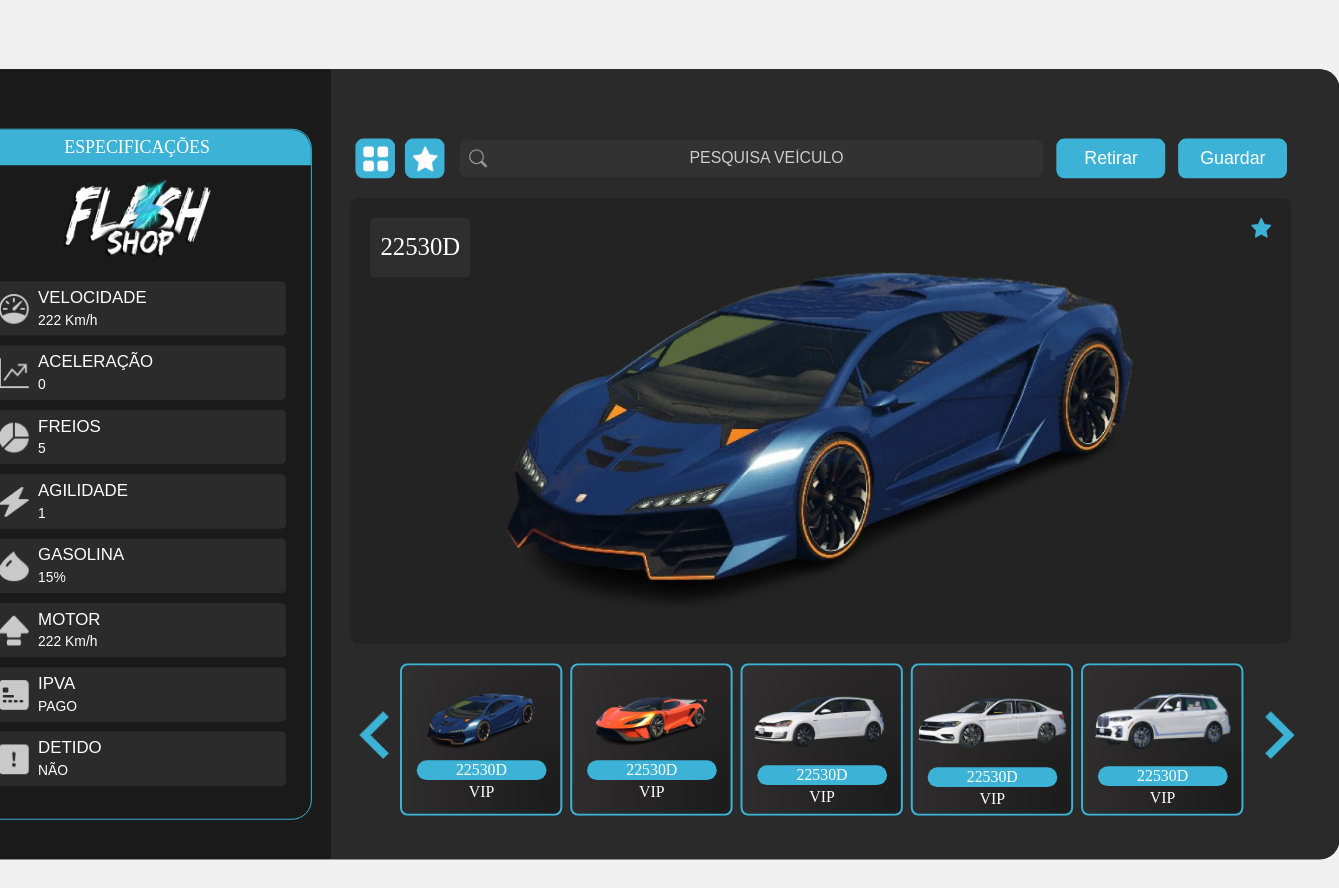
Repository: DuMCorrea/Garagem
Page: index.html
These files come from the project's save history. The page is drawn as it stood at one moment and after the next save; the edit follows.
The browser window is 1280 px wide. The page is 1353 px wide, so the pictures cover 1353 px, including what lies to the right of the window. The pictures show the whole page, at 99% of full size.
Some web fonts or font styles are not loaded; a fallback is used.

Above is the page before, as saved 2024-08-22 20:23:25.

### index.html
<!DOCTYPE html>
<html lang="pt-BR">
<head>
    <meta charset="UTF-8">
    <meta name="viewport" content="width=device-width, initial-scale=1.0">
    <link href="https://fonts.googleapis.com/css2?family=Baloo+Bhai&display=swap" rel="stylesheet">
    <title>Div Principal</title>
    <link rel="stylesheet" href="styles.css">
</head>
<body>
    <div class="div-principal">
        <div class="div-esquerda">
            <div class="retangulo-informacoes-3 duplicadoo">
                <img src="assets/FlashStore 2.png" alt="Imagem Mecânico" class="imagem-mecanico">
                <div class="titulo-retangulo">ESPECIFICAÇÕES</div>
                <div class="saldo-conteudo">
                    <div class="saldo-item">
                        <img src="assets/Velo.png" alt="Imagem de Carteira" class="saldo-imagem">
                        <div class="saldo-texto">
                            <p class="saldo-titulo">VELOCIDADE</p>
                            <p class="saldo-valor">222 Km/h</p>
                        </div>
                    </div>
                    <div class="saldo-item">
                        <img src="assets/Ace.png" alt="Imagem de Carteira" class="saldo-imagem">
                        <div class="saldo-texto">
                            <p class="saldo-titulo">ACELERAÇÃO</p>
                            <p class="saldo-valor">0</p>
                        </div>
                    </div>
                    <div class="saldo-item">
                        <img src="assets/Freios.png" alt="Imagem de Carteira" class="saldo-imagem">
                        <div class="saldo-texto">
                            <p class="saldo-titulo">FREIOS</p>
                            <p class="saldo-valor">5</p>
                        </div>
                    </div>
                    <div class="saldo-item">
                        <img src="assets/Agi.png" alt="Imagem de Carteira" class="saldo-imagem">
                        <div class="saldo-texto">
                            <p class="saldo-titulo">AGILIDADE</p>
                            <p class="saldo-valor">1</p>
                        </div>
                    </div>
                    <div class="saldo-item">
                        <img src="assets/Gaso.png" alt="Imagem de Carteira" class="saldo-imagem">
                        <div class="saldo-texto">
                            <p class="saldo-titulo">GASOLINA</p>
                            <p class="saldo-valor">15%</p>
                        </div>
                    </div>
                    <div class="saldo-item">
                        <img src="assets/Motor.png" alt="Imagem de Carteira" class="saldo-imagem">
                        <div class="saldo-texto">
                            <p class="saldo-titulo">MOTOR</p>
                            <p class="saldo-valor">222 Km/h</p>
                        </div>
                    </div>
                    <div class="saldo-item">
                        <img src="assets/Ipva.png" alt="Imagem de Carteira" class="saldo-imagem">
                        <div class="saldo-texto">
                            <p class="saldo-titulo">IPVA</p>
                            <p class="saldo-valor">PAGO</p>
                        </div>
                    </div>
                    <div class="saldo-item">
                        <img src="assets/Detido.png" alt="Imagem de Carteira" class="saldo-imagem">
                        <div class="saldo-texto">
                            <p class="saldo-titulo">DETIDO</p>
                            <p class="saldo-valor">NÃO</p>
                        </div>
                    </div>

                </div>
            </div>
        </div>


        <div class="div-direita">
            <div class="retangulo-fundo">
                <!-- Adicionando os quadrados e o input de pesquisa ao fundo -->
                <div class="container-quadrados">
                    <button class="botao-quadrado-azul">
                        <img src="assets/4Quadrados.png" alt="Ícone 1" class="pequena-imagem">
                    </button>
                    <button class="botao-quadrado-azul">
                        <img src="assets/estrela.png" alt="Ícone 2" class="pequena-imagem">
                    </button>
                    <div class="input-container">
                        <input type="text" class="input-pesquisa" placeholder="PESQUISA VEÍCULO">
                        <button class="botao-icone-pesquisa">
                            <img src="assets/lupa (2).png" alt="Ícone Pesquisa" class="icone-pesquisa">
                        </button>
                        <!-- Novos retângulos ao lado do input -->
                        <button class="botao-retangulo-azul">Retirar</button>
                        <button class="botao-retangulo-azul">Guardar</button>
                    </div>
                </div>

                <div class="codigo-overlay">22530D</div>
                <img src="assets/CarroMaior.png" alt="Imagem Central" class="imagem-central">
                <img src="assets/estrelaAzul.png" alt="Ícone Superior Direito" class="imagem-direita">
            </div>

            <button class="imagem-lateral imagem-lateral-esquerda">
                <img src="assets/menorMaior.png" alt="Imagem Esquerda">
            </button>

            <!-- Nova seção para os cards com fundo retangular azul claro -->
            <div class="fundo-cards">
                <div class="cards-container">
                    <div class="card">
                        <img src="assets/carro1.png" alt="Card 1" class="card-image">
                        <div class="card-content">
                            <div class="card-code">22530D</div>
                            <div class="card-vip">VIP</div>
                        </div>
                    </div>
                    <div class="card">
                        <img src="assets/carro2.png" alt="Card 2" class="card-image">
                        <div class="card-content">
                            <div class="card-code">22530D</div>
                            <div class="card-vip">VIP</div>
                        </div>
                    </div>
                    <div class="card">
                        <img src="assets/carro3.png" alt="Card 3" class="card-image2">
                        <div class="card-content">
                            <div class="card-code">22530D</div>
                            <div class="card-vip">VIP</div>
                        </div>
                    </div>
                    <div class="card">
                        <img src="assets/carro4.png" alt="Card 4" class="card-image3">
                        <div class="card-content">
                            <div class="card-code">22530D</div>
                            <div class="card-vip">VIP</div>
                        </div>
                    </div>
                    <div class="card">
                        <img src="assets/carro5.png" alt="Card 5" class="card-image4">
                        <div class="card-content">
                            <div class="card-code">22530D</div>
                            <div class="card-vip">VIP</div>
                        </div>
                    </div>
                    <button class="imagem-lateral imagem-lateral-direita">
                        <img src="assets/maiorMenor.png" alt="Imagem Direita">
                    </button>
                </div>
            </div>
        </div>







    </div>
</body>
</html>

### styles.css
body {
    display: flex;
    flex-direction: column;
    align-items: center;
    margin: 0;
    background-color: #f0f0f0;
    font-family: 'Baloo Bhai';
    overflow-y: auto;
    margin-top: 70px;
}

.div-principal {
    position: relative;
    display: flex;
    width: 1425px;
    height: 798px;
    border-radius: 20px;
    background-color: #010101;
    margin-bottom: 20px;
}

.div-esquerda {
    width: 27%; /* Ocupa 30% da largura da div-principal */
    background-color: #1A1A1A; /* Cor de fundo diferente para destaque */
    border-radius: 20px 0px 0px 20px; /* Canto arredondado na esquerda */
    padding: 20px;
}

.div-direita {
    width: 72%; /* Ocupa 70% da largura da div-principal */
    background-color: #2A2A2A; /* Cor de fundo diferente para destaque */
    border-radius: 0px 20px 20px 0px; /* Canto arredondado na direita */
    padding: 20px;
}

.retangulo-informacoes-3 {
    width: 320px;
    height: 232px;
    position: absolute;
    top: 580px;
    left: 462px;
    border-radius: 20px;
    border: 1px solid #3CB3D6;
    background-color: rgba(0, 0, 0, 0); /* Ajuste da opacidade de fundo */
    opacity: 1; /* Visibilidade ativada */
}
.duplicadoo {
    width: 350px;
    height: 696px;
    position: absolute;
    top: 60px;
    left: 35px;
    border-radius: 20px;
    border: 1px solid #3CB3D6;
    background-color: rgba(0, 0, 0, 0); /* Ajuste da opacidade de fundo */
    opacity: 1; /* Visibilidade ativada */
}

.titulo-retangulo {
    width: 100%; /* Ajusta a largura ao do retângulo */
    height: 36px;
    background: #3CB3D6; /* Cor de fundo */
    border-radius: 20px 20px 0 0; /* Arredonda apenas os cantos superiores */
    color: white; /* Cor do texto */
    font-size: 18px; /* Tamanho do texto */
    line-height: 36px; /* Centraliza verticalmente o texto */
    text-align: center; /* Centraliza horizontalmente o texto */
    position: absolute;
    top: 0; /* Alinha o título ao topo do retângulo */
    left: 0; /* Alinha o título à esquerda do retângulo */
}

.status-rectangle {
    width: 300px;
    height: 35px;
    position: absolute;
    top: 130px;
    left: 16px;
    display: flex;
    align-items: center;
    justify-content: space-between; /* Ajuste para espaçar os textos */
    padding: 0 10px; /* Adicione um pequeno padding para afastar o texto das bordas */
    border-radius: 5px;
    opacity: 1; /* Tornar o retângulo visível */
    background: #37373796;
  }
  .status-text {
    font-size: 14px;
    color: #fff;
    font-family: 'Baloo Bhai', sans-serif;
  }

  .imagem-mecanico {
    display: block;
    margin: 0 auto; /* Centraliza a imagem horizontalmente */
    width: 50%; /* Ajuste a largura da imagem conforme necessário */
    height: 25%; /* Ajuste a altura da imagem conforme necessário */
    position: absolute;
    top: 0px; /* Ajuste a posição vertical da imagem */
    left: 50%;
    transform: translateX(-50%); /* Centraliza a imagem em relação ao retângulo */
}








.saldo-imagem {
    width: 30px;
    height: 30px;
    margin-right: 10px; /* Espaçamento entre a imagem e o texto */
}
.saldo-conteudo {
    display: flex;
    flex-direction: column;
    align-items: center;
    justify-content: center;
    height: 100%;
    padding: 10px;
    gap: 10px; /* Espaçamento entre os retângulos */
    margin-top: 50px;
}

.saldo-item {
    display: flex;
    align-items: center;
    width: 280px;
    height: 35px;
    border-radius: 5px;
    background: #37373796;
    padding: 10px;
}

.saldo-texto {
    display: flex;
    flex-direction: column;
    gap: 2px; /* Espaçamento reduzido entre o título e o valor */
    font-family: 'Baloo Bhai', sans-serif;


}

.saldo-titulo {
    font-family: 'Baloo Bhai', sans-serif;
    font-size: 17px;
    font-weight: 400;
    line-height: 20px; /* Ajuste na altura da linha para deixar os textos mais próximos */
    text-align: left;
    color: white;
    margin: 0;
}
.saldo-valor {
    font-family: 'Baloo Bhai', sans-serif;
    font-size: 14px;
    font-weight: 400;
    line-height: 20px; /* Ajuste na altura da linha para deixar os textos mais próximos */
    text-align: left;
    color: white;
    margin: 0;
}



/* DIV DA DIREITA */

/* Estilo para o contêiner dos quadrados e do input de pesquisa */
.container-quadrados {
    position: absolute;
    top: -60px; /* Ajuste para posicionar os quadrados acima do fundo */
    left: 5px; /* Ajuste para mover os quadrados mais para a esquerda */
    display: flex;
    gap: 10px; /* Espaçamento entre os quadrados e o input */
}

.botao-quadrado-azul {
    width: 40px; /* Tamanho do quadrado */
    height: 40px; /* Tamanho do quadrado */
    background-color: #3CB3D6; /* Cor de fundo azul claro */
    display: flex;
    justify-content: center;
    align-items: center;
    border: none; /* Remove a borda padrão */
    border-radius: 8px; /* Bordas arredondadas */
    cursor: pointer; /* Indica que o elemento é clicável */
    padding: 0; /* Remove o padding padrão do botão */
    margin: 0; /* Remove a margem padrão do botão */
}

.pequena-imagem {
    width: 25px; /* Tamanho da imagem */
    height: 25px;
}

/* Estilo para o contêiner do input e ícone */
.input-container {
    position: relative; /* Define o contexto para o ícone */
    margin-left: 5px; /* Espaçamento entre os quadrados e o input */
}

/* Estilo para o input de pesquisa */
.input-pesquisa {
    padding: 10px 10px 10px 40px; /* Espaçamento interno, espaço adicional à esquerda para o ícone */
    width: 540px; /* Largura do input */
    background: rgba(62, 62, 62, 0.42); /* Cor de fundo com opacidade */
    border: none; /* Remove a borda padrão */
    border-radius: 8px; /* Bordas arredondadas */
    color: #fff; /* Cor do texto */
    font-size: 16px; /* Tamanho da fonte */
    text-align: center; /* Centraliza o texto do placeholder */
}

.input-pesquisa::placeholder {
    color: #ccc; /* Cor do placeholder */
}

/* Estilo para o botão da lupa */
.botao-icone-pesquisa {
    position: absolute; /* Alinha o botão com o input */
    left: 10px; /* Alinha o ícone à esquerda dentro do input */
    top: 50%; /* Alinha verticalmente o ícone no centro */
    transform: translateY(-50%); /* Corrige o alinhamento vertical */
    width: 18px; /* Tamanho do botão */
    height: 18px; /* Tamanho do botão */
    background: transparent; /* Remove o fundo do botão */
    border: none; /* Remove a borda padrão do botão */
    cursor: pointer; /* Indica que o botão é clicável */
    padding: 0; /* Remove o padding padrão do botão */
    display: flex; /* Centraliza o ícone dentro do botão */
    justify-content: center;
    align-items: center;
}
/* Estilo para o ícone dentro do botão */
.botao-icone-pesquisa img {
    width: 18px; /* Tamanho do ícone */
    height: 18px; /* Tamanho do ícone */
}

/* Outros estilos existentes */
.retangulo-fundo {
    width: 950px;
    height: 450px;
    background: rgba(29, 28, 28, 0.48); /* Cor com opacidade */
    border-radius: 8px;
    display: flex;
    justify-content: center;
    align-items: center;
    margin-top: 110px;
    position: relative; /* Define a posição relativa para o fundo */
}

.imagem-central {
    width: 650px;
    height: 378.6px;
}

.codigo-overlay {
    position: absolute;
    top: 20px; /* Ajusta a posição para o canto superior */
    left: 20px; /* Ajusta a posição para o canto esquerdo */
    padding: 5px 10px;
    background: rgba(62, 62, 62, 0.42); /* Cor com opacidade */
    border-radius: 4px;
    color: #fff;
    font-size: 25px;
    line-height: 50px;
}

.imagem-direita {
    position: absolute;
    top: 20px; /* Posição no canto superior */
    right: 20px; /* Posição no canto direito */
    width: 20px; /* Ajuste o tamanho conforme necessário */
    height: 20px; /* Ajuste o tamanho conforme necessário */
}

.botao-quadrado-azul img {
    width: 25px; /* Tamanho da imagem */
    height: 25px;
}
/* Estilo para os botões dos retângulos */
.botao-retangulo-azul {
    width: 110px; /* Largura dos retângulos */
    height: 40px; /* Altura dos retângulos */
    background-color: #3CB3D6; /* Cor de fundo azul claro */
    display: flex;
    justify-content: center;
    align-items: center;
    border: none; /* Remove a borda padrão */
    border-radius: 8px; /* Bordas arredondadas */
    color: #fff; /* Cor do texto */
    font-size: 18px; /* Tamanho da fonte */
    cursor: pointer; /* Indica que o elemento é clicável */
    margin-left: 12px; /* Espaçamento entre o input e os retângulos */
    padding: 0; /* Remove o padding padrão do botão */
}

/* Estilo para o contêiner do input e ícone, ajustando o espaço para os retângulos */
/* Ajusta o contêiner do input e ícone para incluir os botões */
.input-container {
    position: relative; /* Define o contexto para o ícone e botões */
    margin-left: 5px; /* Espaçamento entre os quadrados e o input */
    display: flex; /* Organiza os itens horizontalmente */
    align-items: center; /* Alinha verticalmente os itens */
    gap: 1px; /* Espaçamento entre os itens */
}




/* Estilo para o código do card com fundo retangular azul */
.card-code {
    font-size: 16px; /* Tamanho da fonte ajustado */
    margin-bottom: 3px; /* Espaçamento abaixo do código */
    margin-top: 7px;
    background: #3CB3D6; /* Cor de fundo azul */
    color: #fff; /* Cor do texto branca para contraste */
    padding: 1px 40px; /* Espaçamento interno */
    border-radius: 10px; /* Bordas arredondadas */
    display: inline-block; /* Garante que o fundo azul se ajuste ao texto */
}

/* Estilo para a nova seção de cards */
.cards-container {
    display: flex; /* Organiza os cards horizontalmente */
    justify-content: flex-start; /* Alinha os cards no início da linha */
    flex-wrap: nowrap; /* Não permite quebra de linha, todos os cards na mesma linha */
    gap: 8px; /* Espaçamento entre os cards */
    margin-top: 20px; /* Espaçamento acima dos cards */
    margin-left: 50px; /* Espaçamento à esquerda da div para mover os cards mais para a direita */
    overflow-x: auto; /* Permite rolagem horizontal se os cards não cabem na tela */
}

/* Estilo para cada card */
.card {
    width: 160px; /* Largura aumentada do card */
    height: 150px; /* Altura aumentada do card */
    background: radial-gradient(547.21% 823.76% at 94.51% 88.04%, #1D1C1C 0%, #837E7E 100%); /* Cor de fundo do card */
    border: 2px solid #3CB3D6; /* Borda do card */
    border-radius: 8px; /* Bordas arredondadas */
    display: flex; /* Organiza o conteúdo verticalmente */
    flex-direction: column; /* Organiza os itens na vertical */
    align-items: center; /* Alinha o conteúdo horizontalmente no centro */
    justify-content: center; /* Alinha o conteúdo verticalmente no centro */
    overflow: hidden; /* Esconde qualquer parte do conteúdo que exceda os limites do card */
}

/* Estilo para a imagem do card */
.card-image {
    width: 70%; /* Largura da imagem */
    height: 40%; /* Altura da imagem reduzida */
    object-fit: cover; /* Cobre o espaço do card mantendo a proporção da imagem */
    margin-top: 15px;
}
.card-image2 {
    width: 120%; /* Largura da imagem */
    height: 80%; /* Altura da imagem reduzida */
    object-fit: cover; /* Cobre o espaço do card mantendo a proporção da imagem */
    margin-bottom: -20px;
    margin-top: -14px;
}
.card-image3 {
    width: 110%; /* Largura da imagem */
    height: 80%; /* Altura da imagem reduzida */
    object-fit: cover; /* Cobre o espaço do card mantendo a proporção da imagem */
    margin-bottom: -18px;
    margin-top: -12px;
}
.card-image4 {
    width: 100%; /* Largura da imagem */
    height: 70%; /* Altura da imagem reduzida */
    object-fit: cover; /* Cobre o espaço do card mantendo a proporção da imagem */
    margin-top: 0px;
    margin-bottom: -17px;
}

/* Estilo para o conteúdo do card */
.card-content {
    width: 100%; /* Largura do conteúdo */
    text-align: center; /* Centraliza o texto */
    color: #fff; /* Cor do texto */
    padding: 5px 0; /* Espaçamento interno */
}

/* Estilo para o código do card */
.card-code {
    font-size: 16px; /* Tamanho da fonte ajustado */
    margin-bottom: 3px; /* Espaçamento abaixo do código */
}

.imagem-lateral {
    position: absolute;
    top: 50%;
    transform: translateY(-50%);
    width: 25px; /* Ajuste o tamanho conforme necessário */
    height: auto;
    background: none; /* Remove o fundo do botão */
    border: none; /* Remove a borda do botão */
    padding: 0; /* Remove o padding do botão */
    cursor: pointer; /* Muda o cursor para indicar que é um botão */
}

.imagem-lateral-esquerda {
    left: 0; /* Posiciona a imagem à esquerda dos cards */
    margin-left: 435px; /* Ajusta a distância da imagem em relação ao contêiner */
    margin-top: 275px;
}

.imagem-lateral-direita {
    right: 0; /* Posiciona a imagem à direita dos cards */
    margin-right: 50px; /* Ajusta a distância da imagem em relação ao contêiner */
    margin-top: 275px;
}

After the next save:
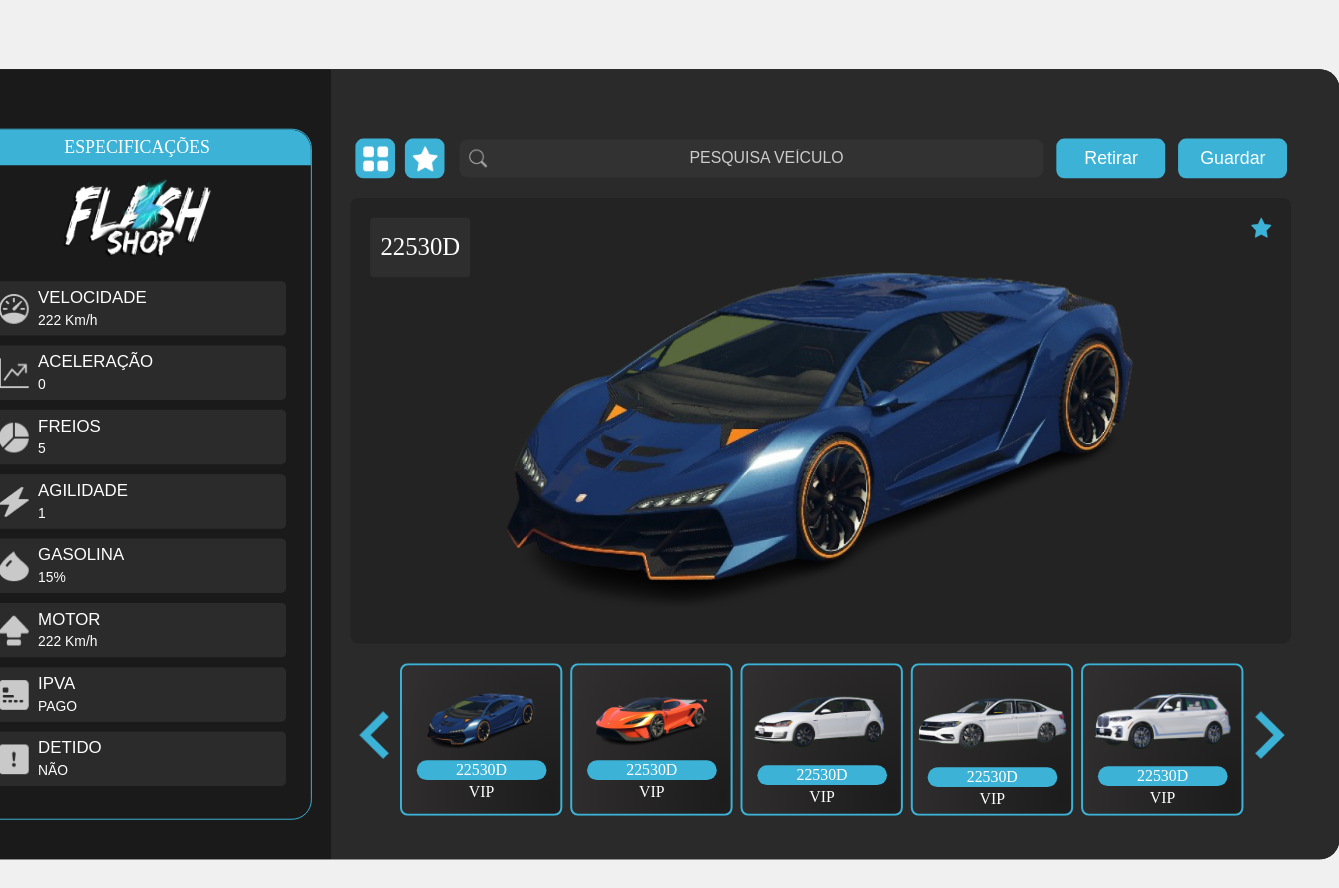
Saved 5 s later.
--- a/styles.css
+++ b/styles.css
@@ -410,6 +410,6 @@
 
 .imagem-lateral-direita {
     right: 0; /* Posiciona a imagem à direita dos cards */
-    margin-right: 50px; /* Ajusta a distância da imagem em relação ao contêiner */
+    margin-right: 60px; /* Ajusta a distância da imagem em relação ao contêiner */
     margin-top: 275px;
 }
